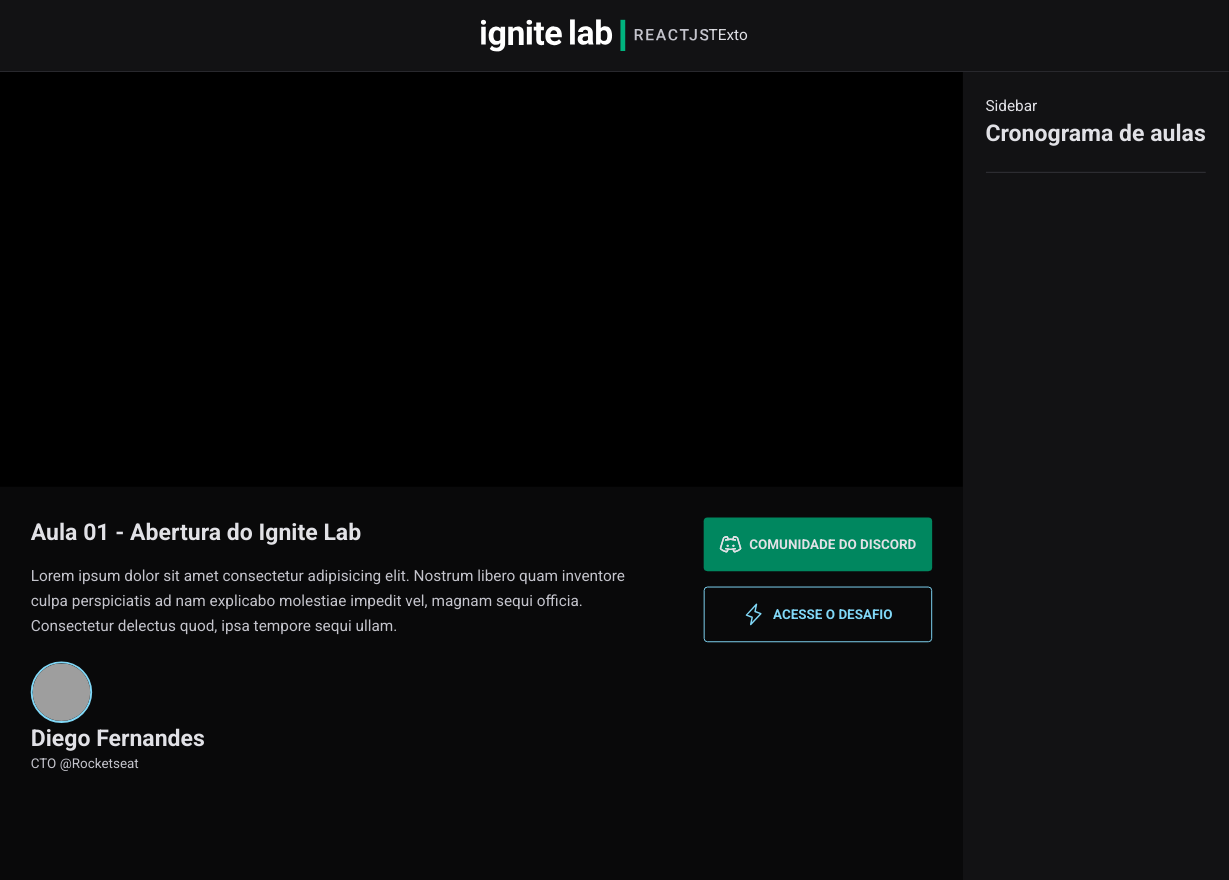
Repository: weltergab/Event_Plataform-IgniteLab
Page: /
The author's editor kept a copy of each file at every save. The page is drawn from the files as they stood at one save, then again after the next save.
The browser window is 1280 px wide. The pictures show the whole page, at 96% of full size.
Pictures or frames that could not be fetched are drawn as grey boxes. The page's requests for data from a server got no answer. The project was rebuilt for these pictures with package versions that can differ from the ones it lists, and the page was loaded fresh each time. No one was signed in, and anything a server would have sent is missing. Also part of the build but not shown: vite.config.ts, src/components/Lesson.tsx.

Above is the page before, as saved 2022-06-25 20:34:02.

### index.html
<!DOCTYPE html>
<html lang="en">

<head>
  <meta charset="UTF-8" />
  <link rel="icon" type="image/svg+xml" href="/src/favicon.svg" />
  <meta name="viewport" content="width=device-width, initial-scale=1.0" />

  <link rel="preconnect" href="https://fonts.googleapis.com" />
  <link rel="preconnect" href="https://fonts.gstatic.com" crossorigin />
  <link href="https://fonts.googleapis.com/css2?family=Roboto:wght@400;500;700&display=swap" rel="stylesheet" />

  <title>Event Plataform</title>
</head>

<body>
  <div id="root"></div>
  <script type="module" src="/src/main.tsx"></script>
</body>

</html>

### src/main.tsx
import { ApolloProvider } from '@apollo/client'
import React from 'react'
import ReactDOM from 'react-dom/client'
import App from './App'
import { client } from './lib/apollo';

import './styles/global.css'

ReactDOM.createRoot(document.getElementById('root')!).render(
  <ApolloProvider client={client}>
    <React.StrictMode>
    <App />
    </React.StrictMode>
  </ApolloProvider>

)

### src/App.tsx
import { gql, useQuery } from '@apollo/client'
import { useState } from 'react'

import { Event } from './pages/Event'


const GET_LESSONS_QUERY = gql`
  query {
    lessons {
      id
      title
    }

  }
`




function App() {
  const { data } = useQuery(GET_LESSONS_QUERY)

  console.log(data);





  const [count, setCount] = useState(0)

  return (
    <div className="All">
      <Event />
    </div>

  )
}

export default App

### src/lib/apollo.ts
import { ApolloClient, InMemoryCache } from "@apollo/client";

export const client = new ApolloClient({
    uri: 'https://api-sa-east-1.graphcms.com/v2/cl4pywx0h2kp101xtf4npbpzl/master',
    cache: new InMemoryCache()
})

### src/pages/Event.tsx
import { Header } from "../components/Header";
import { Sidebar } from "../components/Sidebar";
import { Video } from "../components/Video";

export function Event() {
    return (
        <div className="flex flex-col min-h-screen">
            <Header />
            <main className="flex flex-1">
                <Video />
                <Sidebar />
            </main>
        </div>
    )
}

### src/components/Header.tsx
import { Logo } from "./Logo";

export function Header(){
    return (
        <header className="w-full py-5 flex items-center justify-center bg-gray-700 border-b border-gray-600">
            <Logo />
            TExto
        </header>
    )
}

### src/components/Sidebar.tsx
import { gql, useQuery } from '@apollo/client'
import { Lesson } from "./Lesson";

const GET_LESSONS_QUERY = gql`
    query {
        lessons(orderBy: availableAt_ASC, stage: PUBLISHED){
            id
            lessonType
            availableAt
            title
            slug
        }
    }
`

interface GetLessonsQueryResponse {
    lessons: Array<{
        id: string
        title: string
        slug: string
        availableAt: string
        lessonType: 'live' | 'class'
    }>
}

export function Sidebar() {
    const { data } = useQuery<GetLessonsQueryResponse>(GET_LESSONS_QUERY)

    return (
        <aside className="w-[348] bg-gray-700 p-6 border-1 border-gray-600">
            <h1>Sidebar</h1>
            <span className="font-bold text-2xl pb-6 mb-6 border-b border-gray-500 block">
                Cronograma de aulas
            </span>
            <div className="flex flex-col gab-8">
                {data?.lessons.map(lesson => {
                    return (
                <Lesson
                    key={lesson.id}
                    title={lesson.title}
                    slug={lesson.slug}
                    availableAt={new Date(lesson.availableAt)}
                    type={lesson.lessonType}
                />
                )
                })}
            </div>
        </aside>
    )
}

### src/components/Video.tsx
import { DiscordLogo, Lightning } from "phosphor-react";

export function Video() {
    return (
        <div className="flex-1">
            <div className="bg-black">
                <div className="h-full w-full max-w-[1100px] max-h-[60vh] aspect-video"></div>
            </div>
            <div className="p-8 max-w-[1100px] mx-auto">
                <div className="flex items-start gap-16">
                    <div className="flex-1">
                        <h1 className="text-2xl font-bold">
                            Aula 01 - Abertura do Ignite Lab
                        </h1>
                        <p className="mt-4 text-gray-200 leading-relaxed">
                            Lorem ipsum dolor sit amet consectetur adipisicing elit. Nostrum libero quam inventore culpa perspiciatis ad nam explicabo molestiae impedit vel, magnam sequi officia. Consectetur delectus quod, ipsa tempore sequi ullam.
                        </p>

                        <div className="flex items-center gap-4 mt-6">
                            <img
                                className="h-16 w-16 rounded-full border-2 border-blue-500"
                                src="https://github.com/diego3g.jpg"
                                alt=""
                            />
                        </div>
                        <div className="leading-relaxed">
                            <strong className="font-bold text-2xl block">Diego Fernandes</strong>
                            <span className="text-gray-200 text-sm block">CTO @Rocketseat</span>
                        </div>
                    </div>
                    <div className="flex flex-col gap-4">
                        <a href="" className="p-4 text-sm bg-green-500 flex items-center rounded font-bold uppercase gap-2 justify-center hover:bg-green-700 transition-colors">
                            <DiscordLogo size={24}/>
                            Comunidade do discord
                        </a>
                        <a href="" className="p-4 text-sm border border-blue-500 text-blue-500 flex items-center rounded font-bold uppercase gap-2 justify-center hover:bg-blue-500 hover:text-green-900 transition-colors">
                            <Lightning size={24}/>
                            Acesse o desafio
                        </a>
                    </div>
                </div>

                <div className="gap-8 mt-20 grid grid-cols-2">
                    <a href="" className="bg-gray-700 rounded overflow-hidden">

                    </a>

                </div>
            </div>
        </div>
    )
}

### src/components/Logo.tsx
export function Logo() {
  return (
    <svg
      xmlns="http://www.w3.org/2000/svg"
      width="237"
      height="34"
      fill="none"
      viewBox="0 0 237 34"
    >
      <path
        fill="#fff"
        d="M.002 3.112a2.49 2.49 0 01.165-.987c.12-.314.304-.595.535-.83A2.906 2.906 0 012.615.572c.698 0 1.374.257 1.912.723.23.24.412.524.536.837a2.701 2.701 0 010 1.979 2.568 2.568 0 01-.536.837 2.889 2.889 0 01-1.907.723 2.901 2.901 0 01-1.908-.723 2.458 2.458 0 01-.538-.84 2.645 2.645 0 01-.172-.996zm4.96 23.146H.273V7.862h4.689v18.397zM8.012 16.973c0-2.853.686-5.145 2.055-6.883a6.653 6.653 0 015.528-2.606 5.869 5.869 0 014.802 2.09l.2-1.751h4.538v17.95a7.891 7.891 0 01-1.12 4.246 7.243 7.243 0 01-3.147 2.752 11.155 11.155 0 01-4.742.94c-1.378 0-2.74-.279-4.008-.812a7.08 7.08 0 01-2.946-2.11l2.208-3.02a5.905 5.905 0 004.543 2.08 4.356 4.356 0 003.104-1.059 3.938 3.938 0 001.103-2.993v-.994a5.775 5.775 0 01-4.555 1.935 6.647 6.647 0 01-3.05-.652 6.615 6.615 0 01-2.408-1.967c-1.397-1.752-2.085-4.089-2.085-6.942v-.21h-.025l.005.006zm4.997.355a6.723 6.723 0 001.026 3.956 3.233 3.233 0 002.799 1.443c.651.045 1.3-.088 1.878-.39a3.52 3.52 0 001.396-1.305v-7.825a3.448 3.448 0 00-1.374-1.305 3.504 3.504 0 00-1.86-.39 3.28 3.28 0 00-1.61.365 3.22 3.22 0 00-1.219 1.103c-.688.975-1.036 2.418-1.036 4.348zM33.098 7.833l.158 2.196a6.527 6.527 0 012.371-1.927 6.38 6.38 0 012.971-.62c1.97 0 3.438.597 4.39 1.79.953 1.194 1.456 2.936 1.486 5.293v12.249h-4.962V14.683a3.367 3.367 0 00-.684-2.344 3.086 3.086 0 00-1.069-.598 3.008 3.008 0 00-1.211-.13 3.349 3.349 0 00-1.821.454c-.553.32-1.01.794-1.313 1.367v13.37H28.45V7.845l4.647-.012zM47.512 3.112a2.304 2.304 0 01.185-.988 2.42 2.42 0 01.59-.831A3.439 3.439 0 0150.404.57c.772 0 1.52.256 2.117.723.508.486.792 1.142.792 1.826 0 .683-.284 1.34-.792 1.826a3.417 3.417 0 01-2.11.723c-.77 0-1.517-.257-2.11-.723a2.47 2.47 0 01-.594-.839 2.342 2.342 0 01-.19-.994h-.005zm5.483 23.149h-5.18V7.86h5.18v18.4zM62.454 3.334v4.612h3.107v3.677h-3.107v9.382c-.05.53.091 1.063.395 1.495a1.824 1.824 0 001.473.45c.476.002.95-.035 1.421-.114v3.803a9.672 9.672 0 01-2.939.449c-3.398 0-5.128-1.775-5.19-5.32V11.644h-2.642V7.968h2.643V3.356h4.841v-.025l-.002.003zM76.487 27.08a9.277 9.277 0 01-6.759-2.55c-1.74-1.699-2.605-3.957-2.605-6.797v-.494a11.295 11.295 0 011.098-5.08 8.141 8.141 0 013.111-3.465 8.72 8.72 0 014.59-1.22c2.577 0 4.62.815 6.098 2.449 1.478 1.633 2.226 3.94 2.226 6.929v2.055h-12.01a4.665 4.665 0 001.473 2.971 4.487 4.487 0 003.111 1.111 5.426 5.426 0 004.548-2.115l2.476 2.781a7.506 7.506 0 01-3.07 2.507 9.81 9.81 0 01-4.287.916v.002zm-.594-15.514a3.127 3.127 0 00-2.428 1.012 5.405 5.405 0 00-1.188 2.912h7.006v-.405a3.749 3.749 0 00-.908-2.608 3.252 3.252 0 00-2.45-.908h-.03l-.002-.003zM97.771 26.259h-4.957V0h4.957V26.26zM112.209 26.259c-.227-.444-.392-.997-.496-1.659-1.196 1.333-2.751 2.002-4.666 2.002-1.811 0-3.314-.523-4.504-1.572-1.191-1.049-1.786-2.372-1.786-3.966 0-1.96.725-3.464 2.179-4.513 1.453-1.049 3.553-1.58 6.3-1.59h2.273v-1.06c0-.854-.22-1.54-.659-2.051-.44-.513-1.131-.77-2.078-.77-.832 0-1.486.2-1.957.6-.474.4-.708.945-.708 1.64h-4.941c0-1.07.331-2.062.992-2.973.662-.91 1.597-1.626 2.804-2.144 1.206-.518 2.564-.778 4.069-.778 2.28 0 4.089.573 5.429 1.718 1.34 1.145 2.009 2.756 2.009 4.83v8.017c.012 1.754.256 3.082.735 3.983v.29h-4.992l-.003-.004zm-4.086-3.435c.728 0 1.402-.163 2.016-.486.614-.326 1.071-.76 1.367-1.308v-3.181h-1.846c-2.472 0-3.79.854-3.948 2.564l-.017.291c0 .614.217 1.123.649 1.523.434.4 1.026.6 1.779.6v-.003zM136.58 17.183c0 2.963-.632 5.273-1.898 6.931-1.265 1.659-3.032 2.488-5.3 2.488-2.006 0-3.608-.77-4.805-2.308l-.222 1.967h-4.444V.001h4.94v9.418c1.14-1.332 2.638-2 4.496-2 2.256 0 4.025.828 5.308 2.487 1.283 1.658 1.923 3.992 1.923 7v.274l.002.003zm-4.94-.358c0-1.868-.296-3.233-.889-4.094-.592-.861-1.475-1.29-2.65-1.29-1.572 0-2.655.643-3.247 1.932v7.299c.604 1.298 1.697 1.95 3.282 1.95 1.584 0 2.643-.788 3.146-2.36.239-.752.358-1.897.358-3.437z"
      ></path>
      <path
        fill="#C4C4CC"
        d="M164.51 17.501h-2.283v4.53h-2.048v-11.78h4.143c1.36 0 2.408.306 3.149.915.74.61 1.108 1.493 1.108 2.648 0 .787-.19 1.449-.57 1.98-.38.532-.911.94-1.59 1.226l2.646 4.906v.106h-2.194l-2.364-4.531h.003zm-2.283-1.65h2.105c.691 0 1.229-.176 1.619-.524.39-.348.582-.824.582-1.429 0-.604-.18-1.12-.538-1.466-.358-.345-.893-.523-1.606-.533h-2.162V15.85zM179.066 16.773h-4.839v3.625h5.656v1.634h-7.704V10.25h7.648v1.65h-5.6v3.253h4.839v1.62zM189.803 19.29h-4.565l-.955 2.744h-2.127l4.452-11.783h1.836l4.459 11.783h-2.137l-.963-2.744zm-3.99-1.65h3.415l-1.707-4.89-1.708 4.89zM204.716 18.197c-.119 1.256-.583 2.238-1.392 2.941-.81.703-1.885 1.056-3.228 1.056-.938 0-1.764-.222-2.48-.668-.715-.445-1.266-1.079-1.656-1.898-.387-.82-.589-1.772-.607-2.858v-1.1c0-1.11.198-2.09.59-2.937.392-.846.96-1.5 1.695-1.96.736-.458 1.587-.688 2.554-.688 1.301 0 2.347.353 3.139 1.057.792.703 1.254 1.7 1.385 2.99h-2.039c-.096-.846-.343-1.458-.74-1.833-.397-.375-.977-.563-1.745-.563-.89 0-1.574.326-2.05.977-.479.652-.721 1.605-.733 2.863v1.044c0 1.273.227 2.245.683 2.917.457.668 1.123 1.004 2.004 1.004.805 0 1.409-.18 1.814-.543.405-.363.661-.962.77-1.804h2.038l-.002.003zM216.481 11.902h-3.674v10.132h-2.031V11.902h-3.642V10.25h9.347v1.65zM222.759 10.251h2.039v8.262c0 1.127-.353 2.023-1.057 2.687-.703.664-1.633.995-2.788.995-1.229 0-2.179-.311-2.848-.93-.669-.62-1.004-1.484-1.004-2.59h2.038c0 .627.156 1.096.467 1.412.31.316.76.474 1.347.474.55 0 .989-.183 1.315-.545.326-.366.489-.867.489-1.51V10.25h.002zM234.952 18.999c0-.518-.183-.918-.545-1.197-.363-.279-1.022-.563-1.972-.849-.95-.286-1.705-.604-2.265-.955-1.074-.674-1.612-1.555-1.612-2.638 0-.95.388-1.732 1.163-2.347.774-.614 1.779-.922 3.015-.922.819 0 1.55.15 2.194.454a3.597 3.597 0 011.513 1.29c.367.558.55 1.177.55 1.858h-2.038c0-.614-.193-1.095-.578-1.443-.385-.348-.938-.524-1.656-.524-.668 0-1.189.144-1.557.43-.37.286-.555.686-.555 1.197 0 .432.2.792.6 1.08.399.29 1.056.57 1.974.842.918.271 1.653.582 2.208.93.556.348.963.748 1.222 1.197.259.452.387.977.387 1.582 0 .982-.375 1.762-1.127 2.342-.753.58-1.775.87-3.063.87a5.755 5.755 0 01-2.352-.473c-.715-.316-1.27-.75-1.668-1.308-.397-.555-.594-1.204-.594-1.942h2.048c0 .669.222 1.187.664 1.555.441.367 1.075.55 1.902.55.713 0 1.246-.143 1.607-.432.357-.288.538-.671.538-1.145l-.003-.002z"
      ></path>
      <path fill="#00B37E" d="M150.271 33.146h-4.958V.57h4.958v32.576z"></path>
    </svg>
  );
}

Loaded but not shown: src/styles/global.css (common file); tailwind.config.js (common file)

After the next save:
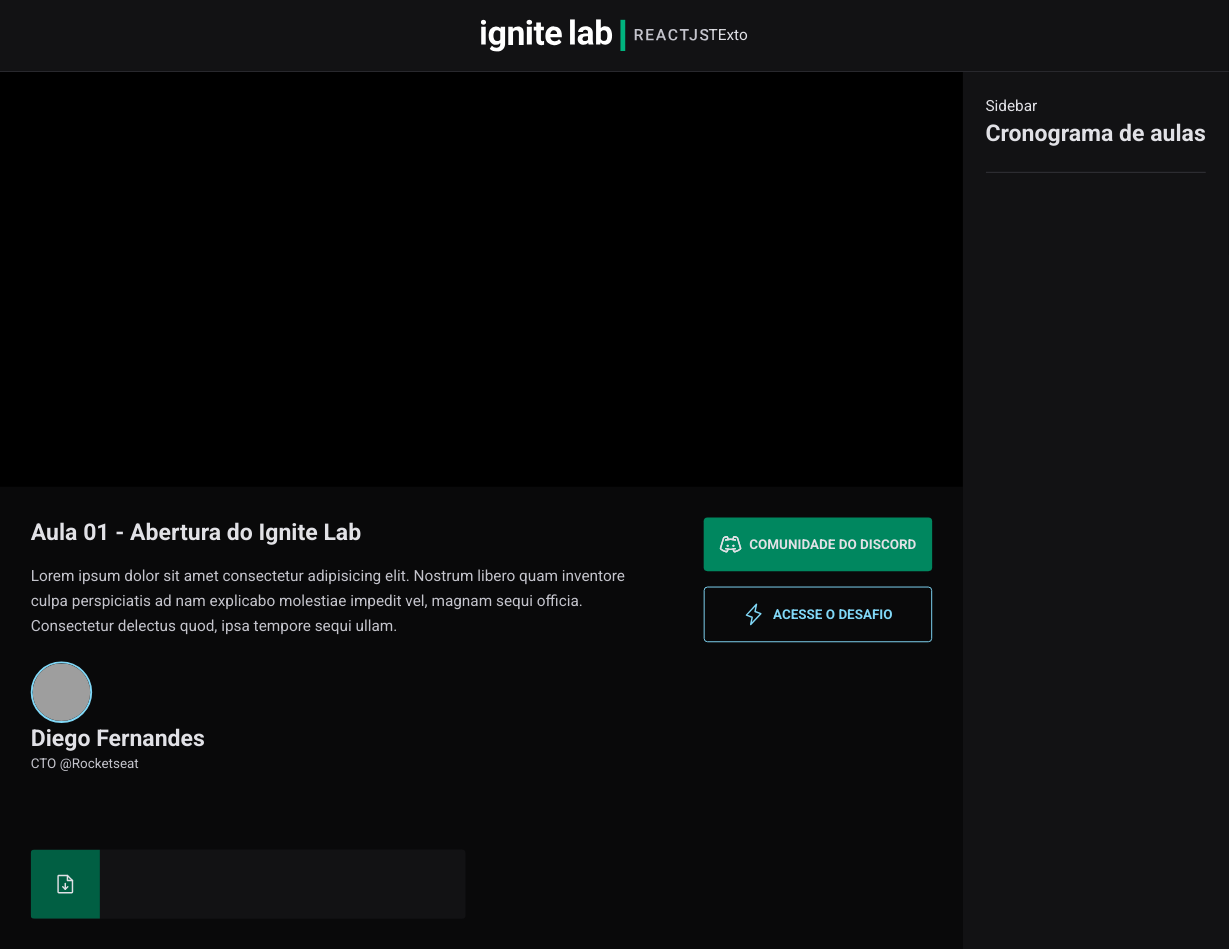
Saved 2 min 28 s later.
--- a/src/components/Video.tsx
+++ b/src/components/Video.tsx
@@ -1,4 +1,4 @@
-import { DiscordLogo, Lightning } from "phosphor-react";
+import { DiscordLogo, FileArrowDown, Lightning } from "phosphor-react";
 
 export function Video() {
     return (
@@ -41,7 +41,11 @@
                 </div>
 
                 <div className="gap-8 mt-20 grid grid-cols-2">
-                    <a href="" className="bg-gray-700 rounded overflow-hidden">
+                    <a href="" className="bg-gray-700 rounded overflow-hidden flex items-stretch gap-6 hover:bg-gray-600 transition-colors">
+                        <div className="bg-green-700 h-full p-6 flex items-center">
+                            <FileArrowDown size={24}/>
+
+                        </div>
 
                     </a>
 
